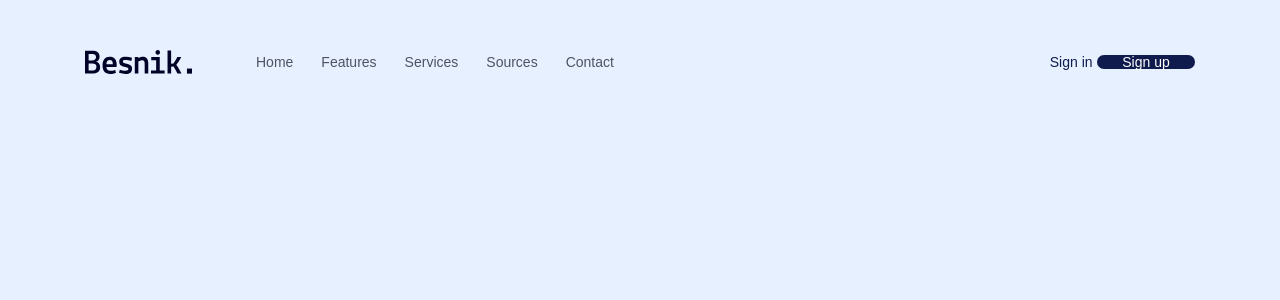
Repository: Daidoichihuy/project-01
Page: index.html
An editor plug-in stored every save of this project. The page is shown before and after the next save, followed by the edit.
The browser window is 1280 px wide. The pictures show the whole page.

Above is the page before, as saved 2024-04-28 10:37:04.

After the next save:
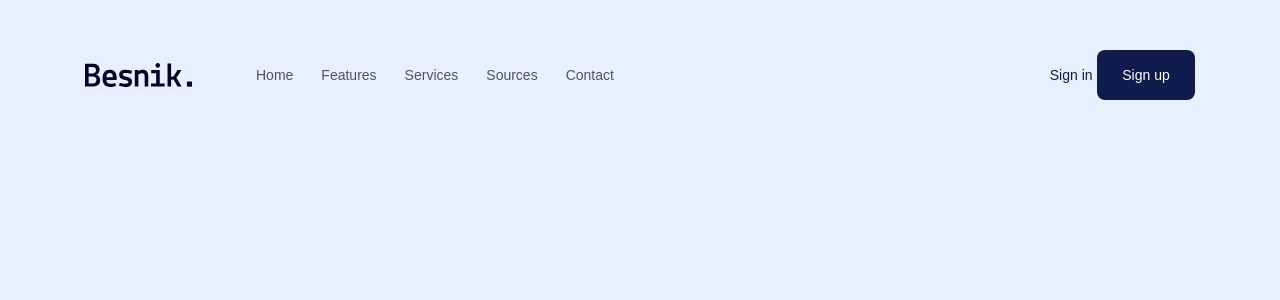
Saved 6 min 12 s later.
--- a/assets/css/style.css
+++ b/assets/css/style.css
@@ -25,6 +25,7 @@
 .btn {
   display: inline-block;
   min-width: 98px;
+  padding: 18px 16px;
   border-radius: 8px;
   background: #0f1b4c;
   color: #fff;
